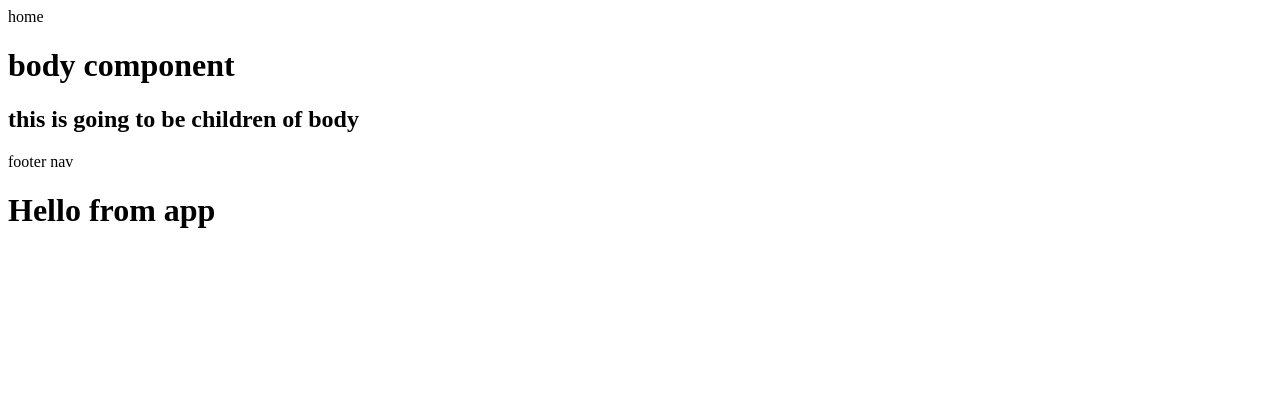
Repository: 1sanjeetsharma/cult-fit-clone
Page: /
An editor plug-in stored every save of this project. The page is shown before and after the next save, followed by the edit.
The browser window is 1280 px wide. The pictures show the whole page.
The project was rebuilt for these pictures with package versions that can differ from the ones it lists, and the page was loaded fresh each time. Also part of the build but not shown: vite.config.js.

Above is the page before, as saved 2023-07-01 21:15:40.

After the next save:
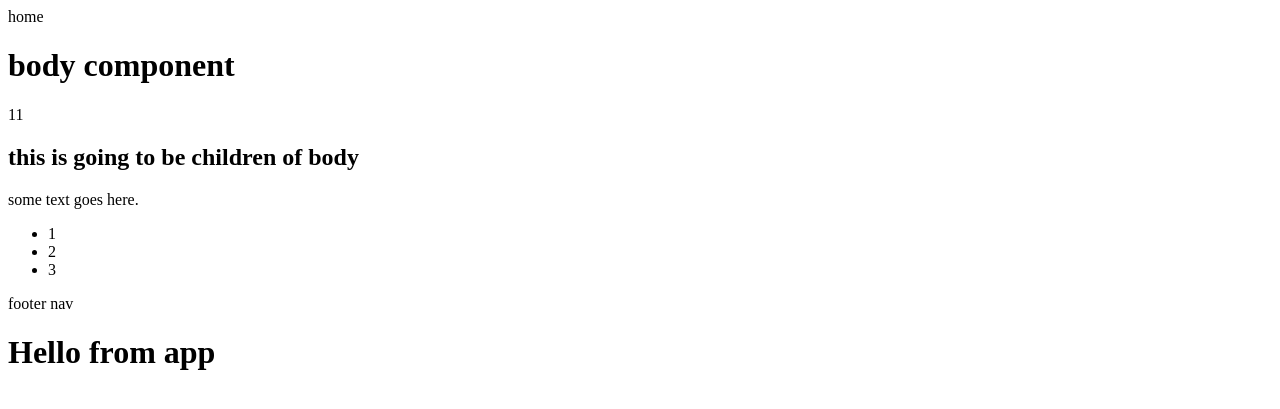
Saved 4 min 3 s later.
--- a/src/App.jsx
+++ b/src/App.jsx
@@ -2,8 +2,14 @@ import Body from "./components/body/body";
 function App() {
   return (
     <>
-      <Body>
+      <Body roll="11">
         <h2>this is going to be children of body</h2>
+        <p>some text goes here.</p>
+        <ul>
+          <li>1</li>
+          <li>2</li>
+          <li>3</li>
+        </ul>
       </Body>
       <h1>Hello from app</h1>
     </>
